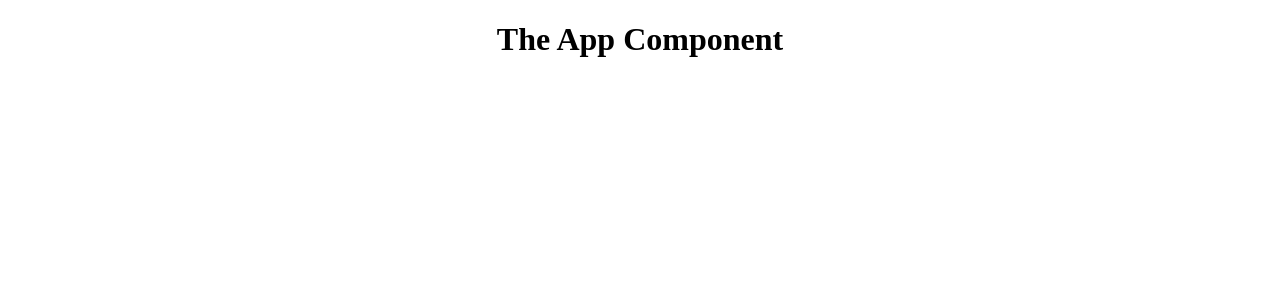
Repository: IkennaU/contactmanager
Page: /test
The author's editor kept a copy of each file at every save. The page is drawn from the files as they stood at one save, then again after the next save.
The browser window is 1280 px wide. The pictures show the whole page.
The project was rebuilt for these pictures with package versions that can differ from the ones it lists, and the page was loaded fresh each time.

Above is the page before, as saved 2020-07-20 01:12:35.

After the next save:
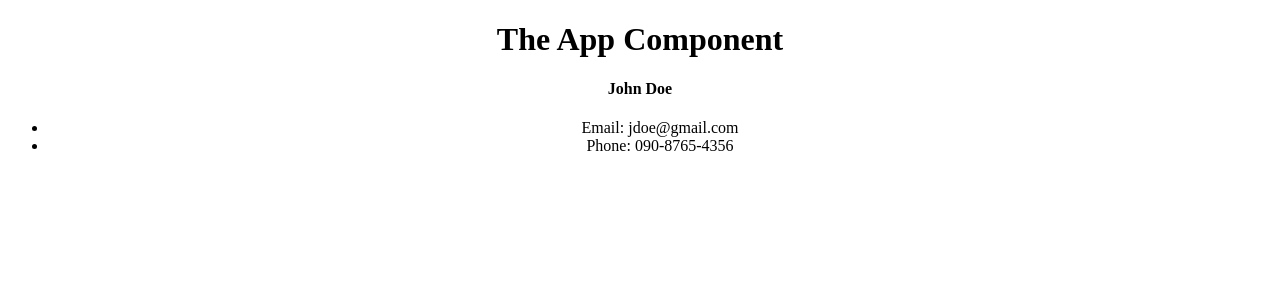
Saved 29 s later.
--- a/src/App.js
+++ b/src/App.js
@@ -6,6 +6,7 @@ function App() {
   return (
     <div className="App">
       <h1>The App Component</h1>
+      <Contact />
     </div>
   );
 }
